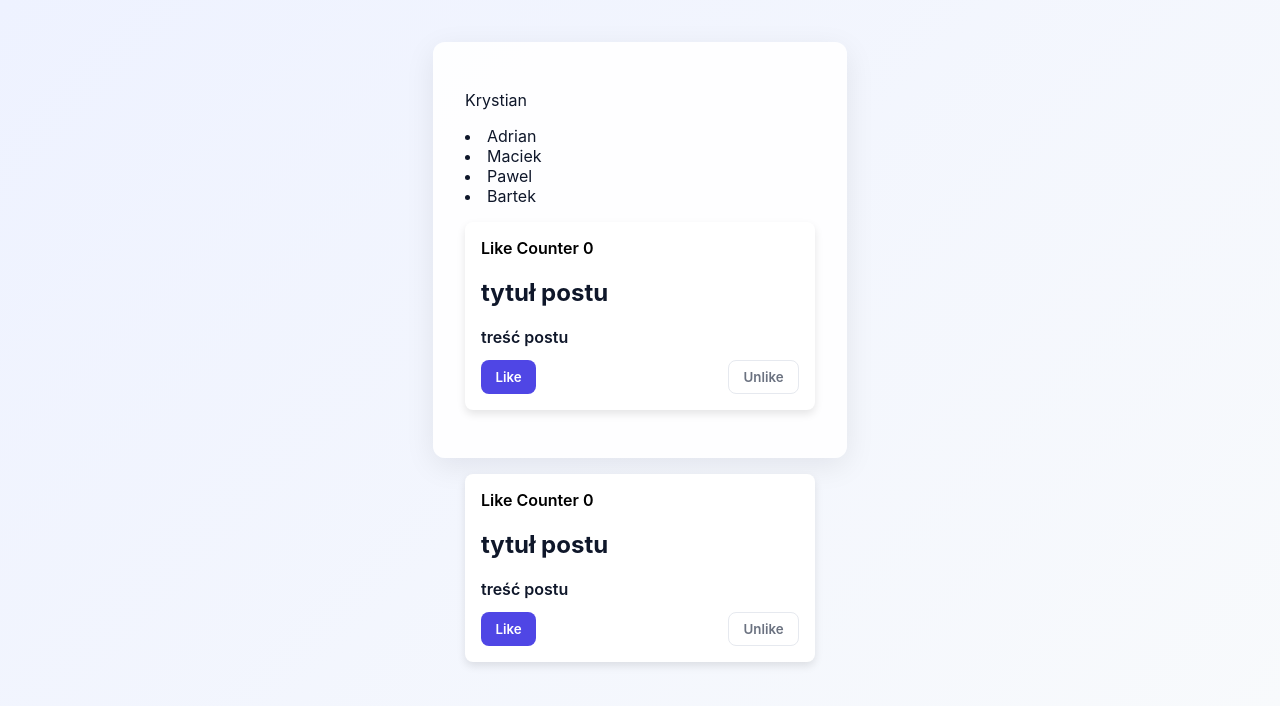
Repository: KrystianTrzy/reactapt
Page: /
These files come from the project's save history. The page is drawn as it stood at one moment and after a run of saves; the edit follows.
The browser window is 1280 px wide. The pictures show the whole page.
The project was rebuilt for these pictures with package versions that can differ from the ones it lists, and the page was loaded fresh each time.

Above is the page before, as saved 2025-11-22 09:26:11.

### src/index.js
import React from 'react';
import ReactDOM from 'react-dom/client';
import './index.css';
import App from './components/App/App';
import LikeCounter from './components/App/LikeCounter/LikeCounter';

const root = ReactDOM.createRoot(document.getElementById('root'));
root.render(
  <React.StrictMode>
    <div>
      <App />
      <LikeCounter />
    </div>
  </React.StrictMode>
);

// If you want to start measuring performance in your app, pass a function
// to log results (for example: reportWebVitals(console.log))
// or send to an analytics endpoint. Learn more: https://bit.ly/CRA-vitals

### src/index.css
:root {
	--bg: #f6f8ff;
	--card: #ffffff;
	--accent: #4f46e5;
	--muted: #6b7280;
	--radius: 12px;
}

* {
	box-sizing: border-box;
}

html, body, #root {
	height: 100%;
}

body {
	margin: 0;
	font-family: Inter, system-ui, -apple-system, 'Segoe UI', Roboto, 'Helvetica Neue', Arial;
	background: linear-gradient(135deg, #eef2ff 0%, #f8fafc 100%);
	color: #0f172a;
	-webkit-font-smoothing: antialiased;
	-moz-osx-font-smoothing: grayscale;
}

#root {
	display: flex;
	align-items: center;
	justify-content: center;
	padding: 2rem;
}

.App {
	width: 100%;
	max-width: 920px;
	background: rgba(255,255,255,0.9);
	border-radius: var(--radius);
	box-shadow: 0 8px 30px rgba(2,6,23,0.08);
	padding: 2rem;
}

ul {
	padding-left: 1.1rem;
}

button {
	font-family: inherit;
}

### src/components/App/App.js
import LikeCounter from './LikeCounter/LikeCounter';

function App() {
  const name = "Krystian";
  const names =['Adrian', 'Maciek', 'Pawel', 'Bartek'];
  return (
    <>
      <div className="App">
          <p>
            {name.length > 4 ? name : 'Hello firends'}
          </p>
          <p> {names.map((name) => <li key={name}>{name}</li>) }</p>
          <LikeCounter />
      </div>
    </>
  );
}

export default App;

### src/components/App/LikeCounter/LikeCounter.js
import React, { useState } from 'react'
import './LikeCounter.css'

function LikeCounter() {
    const [likes, setLikes] = useState(0);
    const handleLike = () => {
        setLikes(likes + 1);
    };

    const handleUnlike = () => {
        if (likes > 0) {
            setLikes(likes - 1);
        }
    };

    return (
        <div className="post">
            <p style={{ color: likes > 0 ? 'blue' : 'black' }}>Like Counter {likes}</p>
            <h2>tytuł postu</h2>
            <p>treść postu</p>
            <div className="actions">
                <button onClick={handleLike}>Like</button>
                <button onClick={handleUnlike}>Unlike</button>
            </div>
        </div>
    )
}

export default LikeCounter;

### src/components/App/LikeCounter/LikeCounter.css
.post {
    box-shadow: 0 4px 8px rgba(0, 0, 0, 0.1);
    padding: 1rem;
    width: 350px;
    border-radius: 0.5rem;
}

.actions {
    display: flex;
    flex-direction: row;
    justify-content: space-between;
}

.post {
    background: var(--card);
    margin: 1rem auto;
    color: #0f172a;
}

.post p {
    margin: 0 0 0.8rem 0;
    font-weight: 600;
}

.actions button {
    padding: 0.5rem 0.9rem;
    border-radius: 8px;
    border: none;
    cursor: pointer;
    font-weight: 600;
}

.actions button:first-child {
    background: var(--accent);
    color: white;
}

.actions button:last-child {
    background: transparent;
    color: var(--muted);
    border: 1px solid #e6e9ef;
}

.actions button:hover {
    transform: translateY(-1px);
}

Loaded but not shown: public/index.html (common file)

After the next 2 saves:
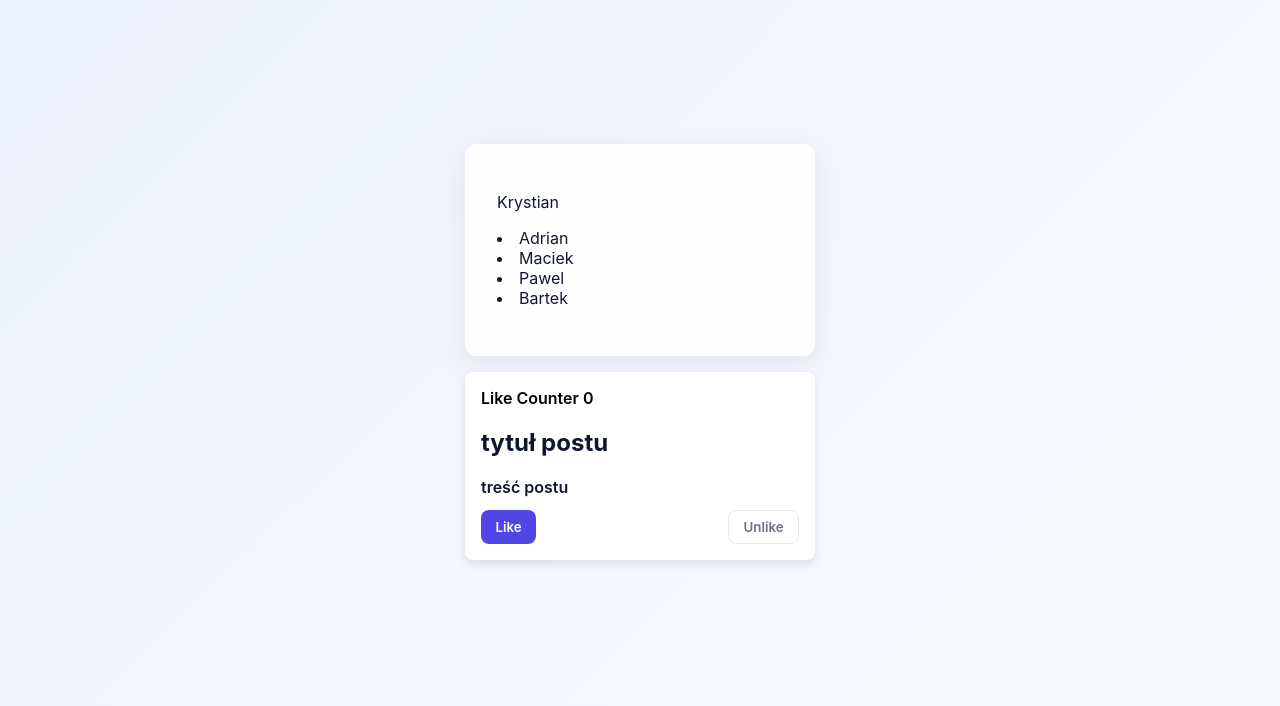
The 2 saves are shown as one change because they came seconds apart.
The last was saved 8 s later.
--- a/src/components/App/App.js
+++ b/src/components/App/App.js
@@ -10,7 +10,6 @@ function App() {
             {name.length > 4 ? name : 'Hello firends'}
           </p>
           <p> {names.map((name) => <li key={name}>{name}</li>) }</p>
-          <LikeCounter />
       </div>
     </>
   );
